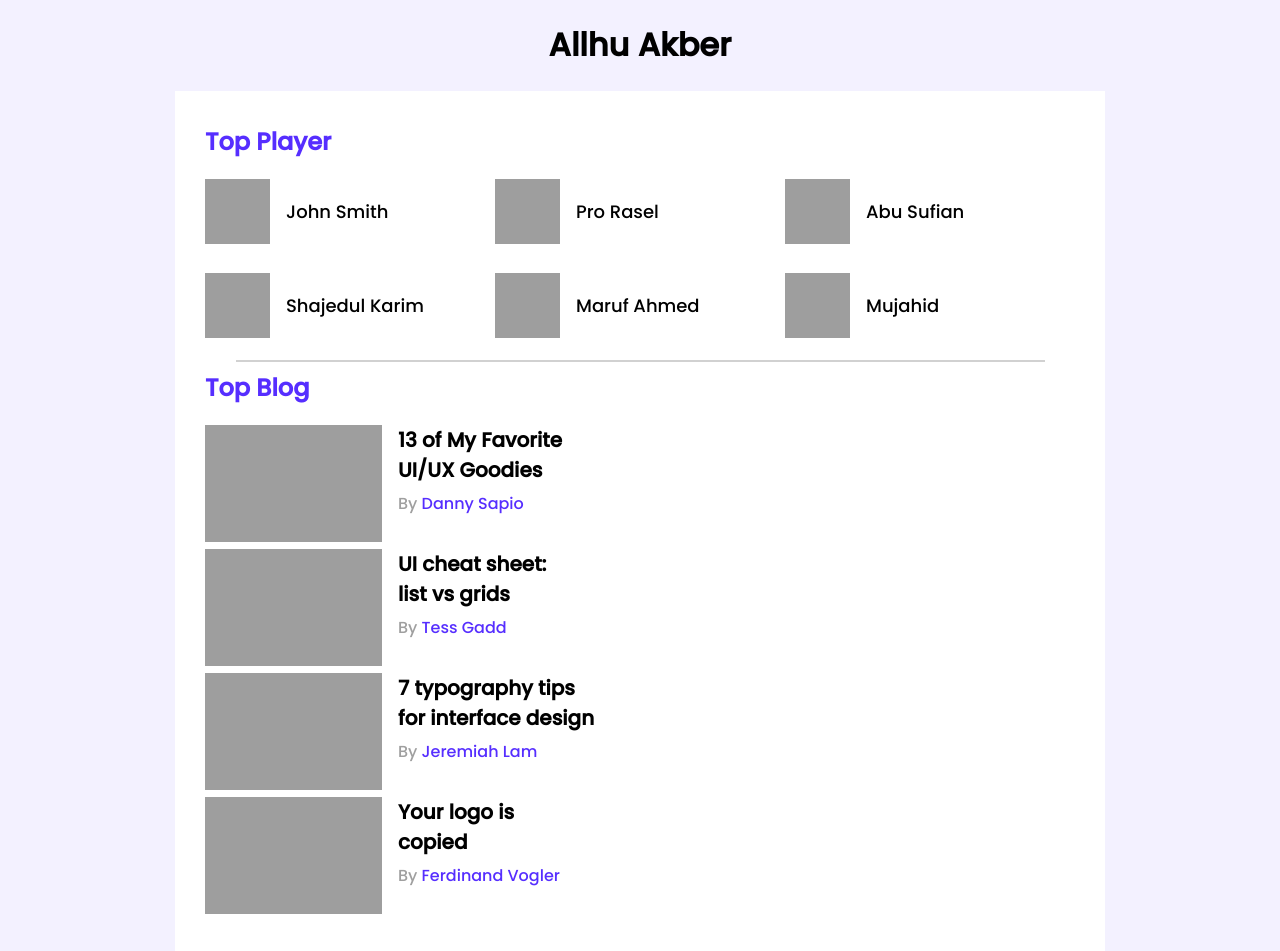
Repository: zjria/leader-board
Page: index.html
These files come from the project's save history. The page is drawn as it stood at one moment and after the next save; the edit follows.
The browser window is 1280 px wide. The pictures show the whole page.
Pictures or frames that could not be fetched are drawn as grey boxes.

Above is the page before, as saved 2022-09-04 08:48:07.

After the next save:
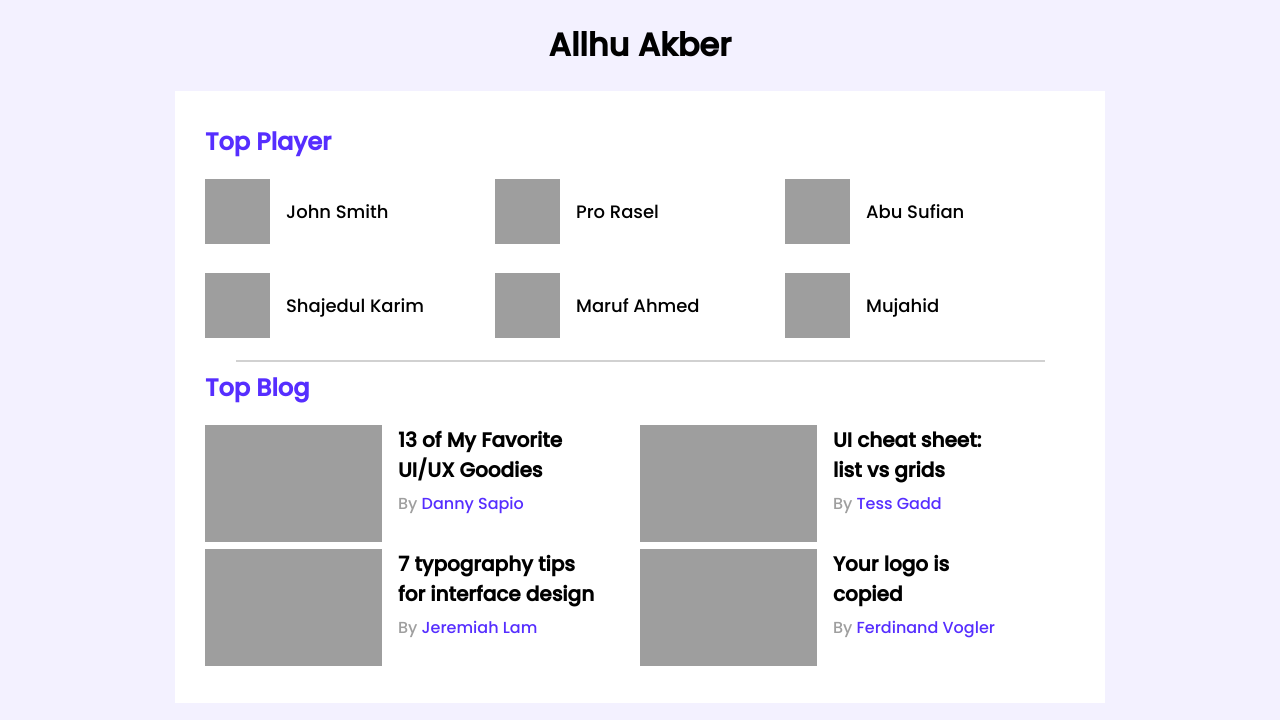
Saved 40 s later.
--- a/style/style.css
+++ b/style/style.css
@@ -69,6 +69,10 @@ h2.section-title {
 }
 
 /* ------------------ blogs details information-------------- */
+.blogs-details {
+    display: grid;
+    grid-template-columns: repeat(2, 1fr);
+}
 
 .blogs {
     display: flex;
